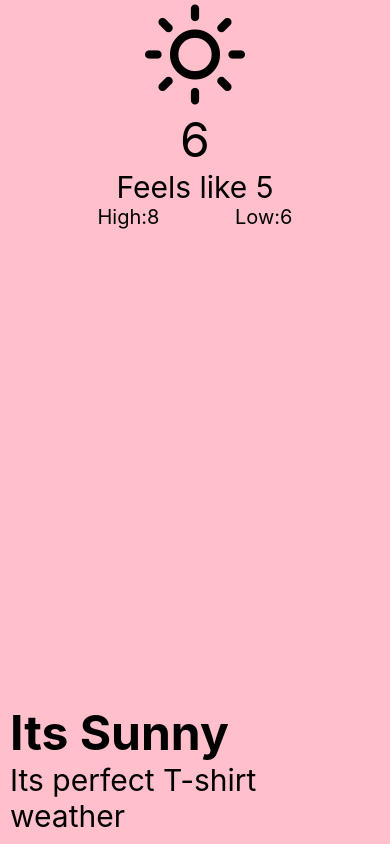
Repository: RossDee/WeatherApp
Screen: /
The author's editor kept a copy of each file at every save. The screen is drawn from the files as they stood at one save, then again after a run of saves.
The app was drawn by React Native's web renderer in a window 390 px wide. The project was rebuilt for these pictures with package versions that can differ from the ones it lists, and the page was loaded fresh each time.

Above is the screen before, as saved 2023-10-14 21:19:53.

### App.js
import React from 'react';
import { SafeAreaView, StyleSheet, Text, View } from 'react-native';
import {Feather} from '@expo/vector-icons'

const App = () => {
  return (
    <SafeAreaView style = {style.wrapper}>
    <View style = {style.container}>
      <Feather name = "sun" size = {100} color = "black" />
      <Text style={style.temp} >6</Text>
      <Text style = {style.feels}>Feels like 5</Text>
      <View style = {style.highLowWrapper}>
        <Text style = {style.highLow}>High:8</Text>
        <Text style = {style.highLow}>Low:6</Text>
      </View>
    </View>
    <View style = {style.bodyWrapper}>
        <Text style = {style.description}>Its Sunny</Text>
      <Text style = {style.message}>Its perfect T-shirt weather</Text>
    </View>
    </SafeAreaView>
  )
}
const style  =StyleSheet.create({
  wrapper:{
    flex:1,
    backgroundColor:'pink',
  },
  container:{
    backgroundColor:'pink',
    flex:1,
    alignItems:'center',
  },
  temp:{
    color:'black',
    fontSize:48,
 },
 feels:{
   color:'black',
   fontSize:30,
 },
  highLow:{
    color:'black',
    fontSize:20,
  },
  highLowWrapper:{
    flexDirection:'row',
    justifyContent:'space-between',
    width:'50%',
  },
  bodyWrapper:{
    width:'90%',
    padding:10,
    borderRadius:20,
    marginTop:20,
  },
  description:{
    fontSize:48,
    fontWeight:'bold',
  },
  message:{
    fontSize:30,
  }
})

export default App

After the next 2 saves:
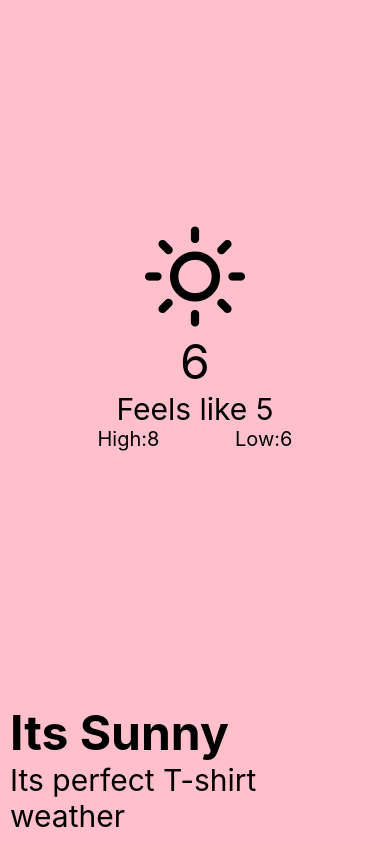
The 2 saves are shown as one change because they came seconds apart.
The last was saved 39 s later.
--- a/App.js
+++ b/App.js
@@ -30,6 +30,7 @@ const style  =StyleSheet.create({
     backgroundColor:'pink',
     flex:1,
     alignItems:'center',
+    justifyContent:'center',
   },
   temp:{
     color:'black',
